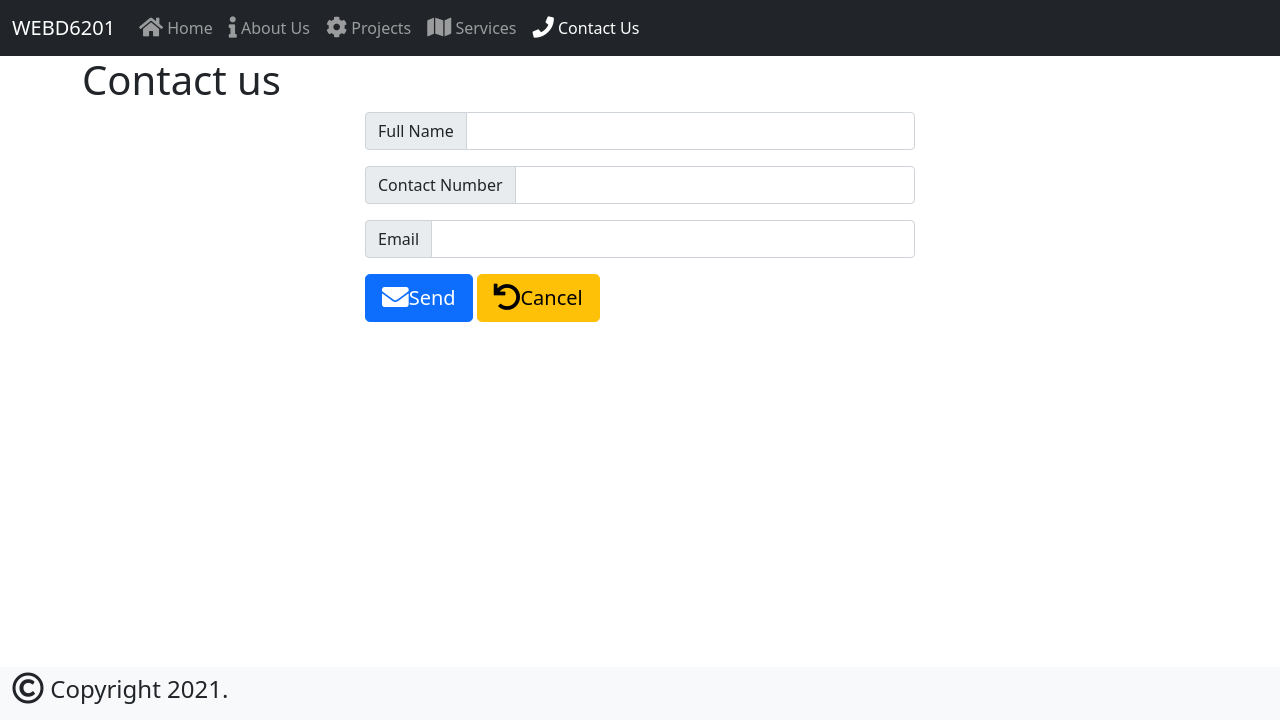
Repository: aphim/Webd6201-wk3
Page: contact.html
These files come from the project's save history. The page is drawn as it stood at one moment and after the next save; the edit follows.
The browser window is 1280 px wide. The pictures show the whole page.

Above is the page before, as saved 2021-01-21 10:01:32.

### contact.html
<!DOCTYPE html>
<html lang="en">
<head>
    <meta charset="UTF-8">
    <meta name="viewport" content="width=device-width, initial-scale=1.0">
    <title>Contact</title>
    <!-- CSS Section -->
    <link rel="stylesheet" href="./node_modules/bootstrap/dist/css/bootstrap.min.css">
    <link rel="stylesheet" href="./node_modules/@fortawesome/fontawesome-free/css/all.min.css">
    <link rel="stylesheet" href="./Content/app.css">
</head>
<body>
  <!-- Main Header-->
    <header>
      <!-- Main navigation-->
        <nav class="navbar navbar-expand-lg navbar-dark bg-dark">
            <div class="container-fluid">
              <a class="navbar-brand" href="index.html">WEBD6201</a>
              <button class="navbar-toggler" type="button" data-bs-toggle="collapse" data-bs-target="#navbarSupportedContent" aria-controls="navbarSupportedContent" aria-expanded="false" aria-label="Toggle navigation">
                <span class="navbar-toggler-icon"></span>
              </button>
              <div class="collapse navbar-collapse" id="navbarSupportedContent">
                <ul class="navbar-nav me-auto mb-2 mb-lg-0">
                  <li class="nav-item">
                    <a class="nav-link" aria-current="page" href="index.html"><i class="fas fa-home fa-lg"></i> Home</a>
                  </li>

                  <li class="nav-item">
                    <a class="nav-link" aria-current="page" href="about.html"><i class="fas fa-info fa-lg"></i> About Us</a>
                  </li>

                  <li class="nav-item">
                    <a class="nav-link" aria-current="page" href="projects.html"><i class="fas fa-cog fa-lg"></i> Projects</a>
                  </li>

                  <li class="nav-item">
                    <a class="nav-link" aria-current="page" href="services.html"><i class="fas fa-map fa-lg"></i> Services</a>
                  </li>

                  <li class="nav-item">
                    <a class="nav-link active" aria-current="page" href="contact.html"><i class="fas fa-phone fa-lg"></i> Contact Us</a>
                  </li>
                </ul>
              </div>
            </div>
          </nav>
    </header>

<!--Main Content-->
    <main class="container">
        <h1>Contact us</h1>
<div id="messageArea" class="alert alert-danger">default message</div>


<div class="row justify-content-lg-center g-3">
  <form class="col-lg-6 col-md-10 col-sm-10">

    <div class="input-group mb-3">
      <span class="input-group-text" id="inputGroup-sizing-default">Full Name </span>
      <input id="fullName" type="text" class="form-control" aria-label="Full Name" aria-describedby="Full Name Input"
      name="fullName" required>
    </div>

    <div class="input-group mb-3">
      <span class="input-group-text" id="inputGroup-sizing-default">Contact Number</span>
      <input id="contactNumber" type="tel" class="form-control" aria-label="Contact Number" aria-describedby="Contact Number Input"
      name="contactNumber" required>
    </div>

    <div class="input-group mb-3">
      <span class="input-group-text" id="inputGroup-sizing-default">Email</span>
      <input id="emailAddress" type="email" class="form-control" aria-label="Email Address" aria-describedby="Email Address Input"
      name="emailAddress" required>
    </div>

    <button type="submit" id="sendButton" class="btn btn-primary btn-lg"><i class="fas fa-envelope fa-lg"></i>Send</button>
    <button type="reset" id="cancelButton"class="btn btn-warning btn-lg"><i class="fas fa-undo fa-lg"></i>Cancel</button>
  </form>
</div>
    </main>

    <!-- Main footer-->
    <footer>
        <nav class="navbar fixed-bottom navbar-light bg-light">
            <div class="container-fluid">
              <h4><i class="far fa-copyright fa-lg"></i> Copyright 2021.</h4>
            </div>
          </nav>
    </footer>

    <!-- Script Section-->
    <script src="./node_modules/jquery/dist/jquery.min.js"></script>
    <script src="./node_modules/bootstrap/dist/js/bootstrap.bundle.min.js"></script>
    <script src="./Scripts/app.js"></script>
</body>
</html>

### Scripts/app.js
/* custom JavaScript goes here */

//IIFE - Immediately Invoked Function Expression
//AKA - Anonymous Self-Executing Function
//Closure - limits scope leak

"use strict";

(function()
{
function displayHome()
{

        let paragraphOneText = "This is a simple site to demonstrate DOM Manipulation for ICE 1";

        //Different ways to select a paragraph element "paragraph one"
        let paragraphOneElement = document.getElementById("paragraphOne");

        //let paragraphOneParagraph = document.getElementsByTagName("p")[0];
        //let paragraphOneQuery = document.querySelector("p");
        //console.log(paragraphOneElement);
        //console.log(paragraphOneParagraph);
        //console.log(paragraphOneQuery);

        paragraphOneElement.textContent = paragraphOneText;
        paragraphOneElement.className = "fs-5";

        // step 1. Create an element
        let newParagraph = document.createElement("p");
        //step 2. configure element
        newParagraph.setAttribute("id", "paragraphTwo");
        newParagraph.textContent = "...And this is paragraph two";
        //Step 3. select the parent element
        let mainContent = document.getElementsByTagName("main")[0];
        //step 4. Add/insert the element
        mainContent.appendChild(newParagraph);

        newParagraph.className = "fs-6";

        //////another way to add an element ///////
        //let paragraphThree =`<p class="fs-7 fw-bold">And this is the Third Paragraph</p>`;
        //mainContent.innerHTML = paragraphThree;

        let paragraphDiv = document.createElement("div");
        let paragraphThree = `<p id="paragraphThree" class="fs-7 fw-bold">And this is the third paragraph</p>`
        paragraphDiv.innerHTML = paragraphThree;

        //insertion before a node
        //newParagraph.before(paragraphDiv);
        newParagraph.after(paragraphDiv);

        //deletions
        //paragraphOneElement.remove();
        mainContent.removeChild(paragraphOneElement);

        //Update / modification of an element
        //mainContent.firstElementChild.textContent = "Welcome Home!";

        mainContent.innerHTML =
        `<h1 id="firstHeading">Welcome to WEBD6201 - Lab 1</h1>
        <p id="paragraphOne" class="fs-3 fw-bold">This is my first paragraph</p>`

}
function displayAbout()
{

}
function displayProjects()
{

}
function displayServices()
{

}
function displayContact()
{
    let messageArea = document.getElementById("messageArea");
    messageArea.hidden = true;
    //form validation
    let fullName = document.getElementById("fullName");
        fullName.addEventListener("blur", function()
        {
            if(fullName.value.length < 2)
            {
                fullName.focus();
                fullName.select();
                messageArea.hidden = false;
                messageArea.textContent = "Please enter an appropriate Name";
            }
            else
            {
                messageArea.removeAttribute("class");
                messageArea.hidden = true;
            }
        });

    let sendButton = document.getElementById("sendButton");
    sendButton.addEventListener("click", function(event)
    {
        event.preventDefault();
        console.log(fullName.value);
        console.log(contactNumber.value);
        console.log(emailAddress.value);
    });
}




    function Start()
    {
        console.log("App Started...");

        switch(document.title)
        {
            case "Home":
                displayHome();
                break;
            case "About":
                displayAbout();
                break;
            case "Projects":
                displayProjects();
                break;
            case "Services":
                displayServices();
                break;
            case "Contact":
                displayContact();
                break;
        }

    }



    window.addEventListener("load", Start);

})();

Loaded but not shown: node_modules/bootstrap/dist/css/bootstrap.min.css (library); node_modules/@fortawesome/fontawesome-free/css/all.min.css (library); Content/app.css (common file); node_modules/jquery/dist/jquery.min.js (library); node_modules/bootstrap/dist/js/bootstrap.bundle.min.js (library)

After the next save:
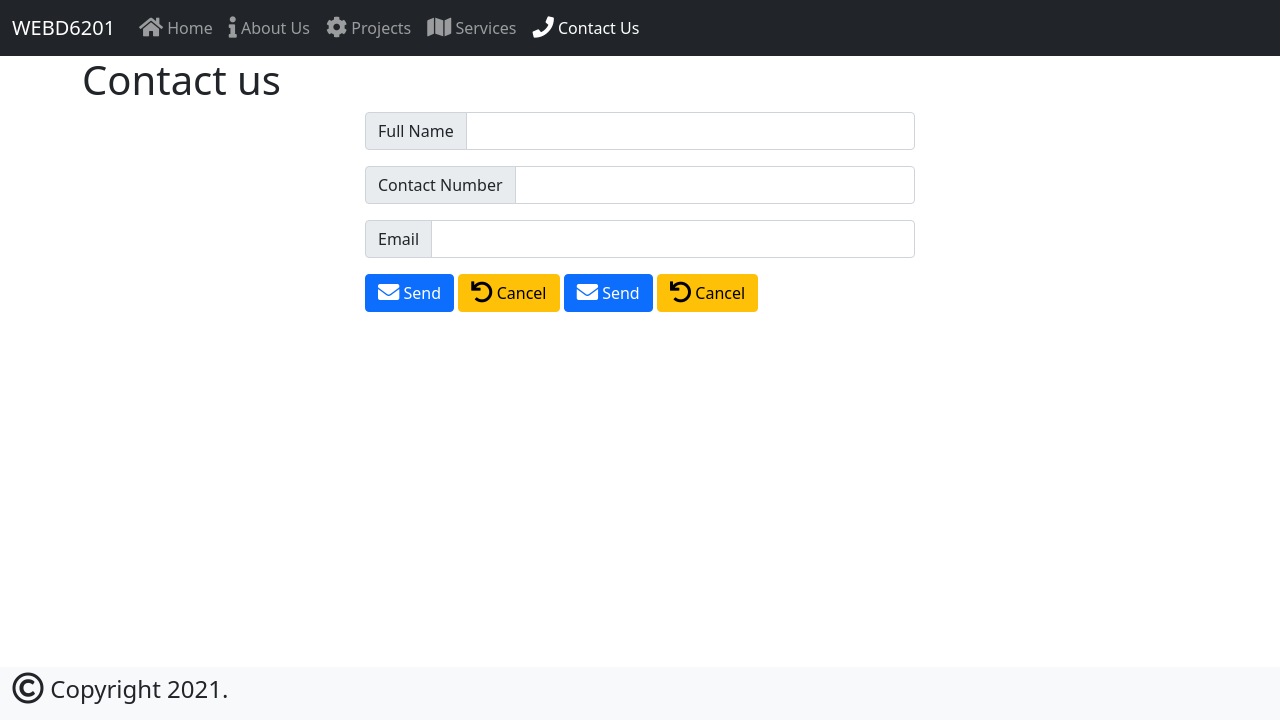
Saved 71 s later.
--- a/contact.html
+++ b/contact.html
@@ -73,8 +73,10 @@
       name="emailAddress" required>
     </div>
 
-    <button type="submit" id="sendButton" class="btn btn-primary btn-lg"><i class="fas fa-envelope fa-lg"></i>Send</button>
-    <button type="reset" id="cancelButton"class="btn btn-warning btn-lg"><i class="fas fa-undo fa-lg"></i>Cancel</button>
+    <button type="submit" class="btn btn-primary"><i class="fas fa-envelope fa-lg"></i> Send</button>
+            <button type="reset" class="btn btn-warning"><i class="fas fa-undo fa-lg"></i> Cancel</button>
+            <button id="sendButton" type="submit" class="btn btn-primary"><i class="fas fa-envelope fa-lg"></i> Send</button>
+            <button id="cancelButton" type="reset" class="btn btn-warning"><i class="fas fa-undo fa-lg"></i> Cancel</button>
   </form>
 </div>
     </main>
